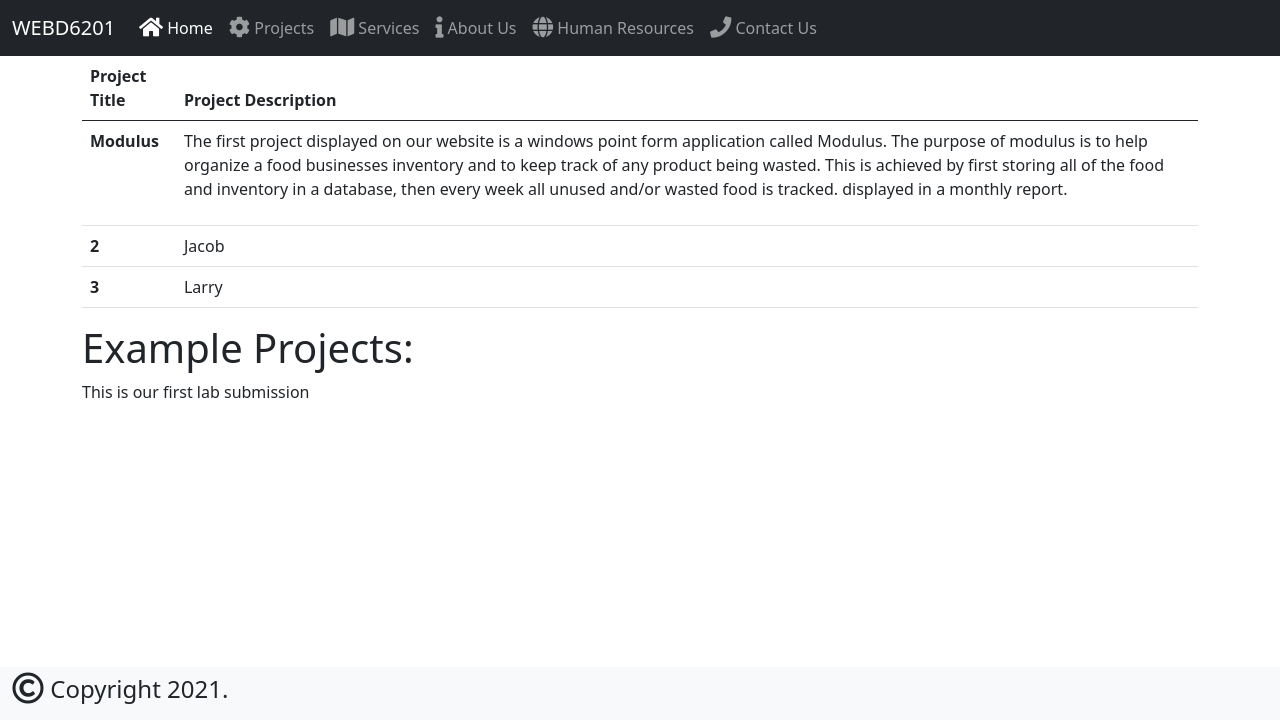
Repository: Sub4Sub/Lab_1
Page: products.html
An editor plug-in stored every save of this project. The page is shown before and after the next save, followed by the edit.
The browser window is 1280 px wide. The pictures show the whole page.

Above is the page before, as saved 2021-02-05 16:07:18.

### products.html
<!DOCTYPE html>
<html lang="en">
<head>
    <meta charset="UTF-8">
    <meta name="viewport" content="width=device-width, initial-scale=1.0">
    <title>Products</title>
    <!-- CSS Section -->
    <link rel="stylesheet" href="./node_modules/bootstrap/dist/css/bootstrap.min.css">
    <link rel="stylesheet" href="./node_modules/@fortawesome/fontawesome-free/css/all.min.css">
    <link rel="stylesheet" href="./Content/app.css">
</head>
<body>
    <!-- Main Header -->

    <!-- Main Content -->
    <main class="container">
      <table class="table">
        <thead>
          <tr>
            <th scope="col">Project Title</th>
            <th scope="col">Project Description</th>
          </tr>
        </thead>
        <tbody>
          <tr>
            <th scope="row">Modulus</th>
            <td>
              <p>
                The first project displayed on our website is a windows point form application called Modulus. The purpose of modulus is to
                help organize a food businesses inventory and to keep track of any product being wasted. This is achieved by first storing all of
                the food and inventory in a database, then every week all unused and/or wasted food is tracked. displayed in a monthly report.
              </p>
            </td>
          </tr>
          <tr>
            <th scope="row">2</th>
            <td>Jacob</td>
          </tr>
          <tr>
            <th scope="row">3</th>
            <td>Larry</td>
          </tr>
        </tbody>
      </table>
    </main>



    <!-- Script Section-->
    <script src="./node_modules/jquery/dist/jquery.min.js"></script>
    <script src="./node_modules/bootstrap/dist/js/bootstrap.bundle.min.js"></script>
    <script src="./Scripts/app.js"></script>
</body>
</html>

### Scripts/app.js
/*
* Name: Brett Tindall & Emeka Okoisama
* Student Id: 100708109 &
* Date Completed: 2021-02-05
*/

"use strict";

//IIFE - Immediately Invoked Function Expression
(function()
{

    /*
      Function that displays the home page's content
    */
    function displayHome()
    {
        let indexHeading = document.createElement("h1");

        indexHeading.setAttribute("id", "indexHeading");
        indexHeading.textContent = `Welcome to lab 1`;

        let mainContent = document.querySelector("main");
        mainContent.appendChild(indexHeading);

        let newDivTag = document.createElement("div");
        newDivTag.innerHTML =
        `<h4>By Brett Tindall and Emeka Okoisama</h4>
        <p id="paragraphThree"> This is our first lab submission </p>`;


        mainContent.append(newDivTag);


    }

    function displayProjects()
    {
        let projectHeading = document.createElement("h1");

        projectHeading.setAttribute("id", "projectHeading");
        projectHeading.textContent = `Example Projects:`;

        let mainContent = document.querySelector("main");
        mainContent.appendChild(projectHeading);

        let newDivTag = document.createElement("div");
        newDivTag.innerHTML =
        `<p id="paragraphThree"> This is our first lab submission </p>`;


        mainContent.append(newDivTag);


    }

    /*
      Function that displays the contact page's content
    */
    function displayContact()
    {
      let contactHeading = document.createElement("h1");

      contactHeading.setAttribute("id", "contactHeading");
      contactHeading.textContent = "Enter a Contact";

      let mainContent = document.querySelector("main");
      mainContent.appendChild(contactHeading);

      let newDivTag = document.createElement("div");
      newDivTag.innerHTML =
      `<div id="messageArea"></div>

      <div class="row justify-content-lg-center g-3">
        <form class="col-lg-6 col-md-10 col-sm-10">

          <div class="input-group mb-3">
            <span class="input-group-text" id="inputGroup-sizing-default">Full Name </span>
            <input id="fullName" type="text" class="form-control" aria-label="Full Name" aria-describedby="Full Name Input"
            name="fullName" required>
          </div>

          <div class="input-group mb-3">
            <span class="input-group-text" id="inputGroup-sizing-default">Contact Number</span>
            <input id="contactNumber" type="tel" class="form-control" aria-label="Contact Number" aria-describedby="Contact Number Input"
            name="contactNumber" required>
          </div>

          <div class="input-group mb-3">
            <span class="input-group-text" id="inputGroup-sizing-default">Email</span>
            <input id="emailAddress" type="email" class="form-control" aria-label="Email Address" aria-describedby="Email Address Input"
            name="emailAddress" required>
          </div>

          <button id="sendButton" type="submit" class="btn btn-primary"><i class="fas fa-envelope fa-lg"></i> Send</button>
          <button id="cancelButton" type="reset" class="btn btn-warning"><i class="fas fa-undo fa-lg"></i> Cancel</button>
        </form>
      </div>`;

      mainContent.append(newDivTag);


      let sendButton = document.getElementById("sendButton");

        sendButton.addEventListener("click", function(event){

          window.location.href = './index.html';

        });

    }

    /*
      Function that displays the fixed footer at the bottom of the page
    */
   function displayHeader()
   {
     let mainContent = document.querySelector("body");

     //let sendButton = document.getElementById("body");

     let newFooterTag = document.createElement("header");

     newFooterTag.innerHTML =
     `
     <header>
      <!-- Main Navigation -->
      <nav class="navbar navbar-expand-lg navbar-dark bg-dark">
          <div class="container-fluid">
            <a class="navbar-brand" href="index.html">WEBD6201</a>
            <button class="navbar-toggler" type="button" data-bs-toggle="collapse" data-bs-target="#navbarSupportedContent" aria-controls="navbarSupportedContent" aria-expanded="false" aria-label="Toggle navigation">
              <span class="navbar-toggler-icon"></span>
            </button>
            <div class="collapse navbar-collapse" id="navbarSupportedContent">
              <ul class="navbar-nav me-auto mb-2 mb-lg-0" id ="headerList">
                <li class="nav-item">
                  <a class="nav-link active" aria-current="page" href="index.html"><i class="fas fa-home fa-lg"></i> Home</a>
                </li>

                <li class="nav-item">
                  <a class="nav-link" id="productsLink" aria-current="page" href="products.html"><i class="fas fa-cog fa-lg"></i> Products</a>
                </li>

                <li class="nav-item">
                  <a class="nav-link" aria-current="page" href="services.html"><i class="fas fa-map fa-lg"></i> Services</a>
                </li>

                <li class="nav-item" id="aboutUsList">
                  <a class="nav-link" id="aboutUsLink" aria-current="page" href="about.html"><i class="fas fa-info fa-lg"></i> About Us</a>
                </li>

                <li class="nav-item">
                  <a class="nav-link" aria-current="page" href="contact.html"><i class="fas fa-phone fa-lg"></i> Contact Us</a>
                </li>
              </ul>
            </div>
          </div>
        </nav>
  </header>
     `

     mainContent.prepend(newFooterTag);

   }

    /*
      Function that displays the fixed footer at the bottom of the page
    */
    function displayFooter()
    {
      let mainContent = document.querySelector("main");

      let newFooterTag = document.createElement("footer");

      newFooterTag.innerHTML =
      `
      <footer>
        <nav class="navbar fixed-bottom navbar-light bg-light">
            <div class="container-fluid">
              <h4><i class="far fa-copyright fa-lg"></i> Copyright 2021.</h4>
            </div>
          </nav>
    </footer>
      `

      mainContent.append(newFooterTag);

    }

    /*
      Function that adds a button to the human resources page
    */
    function addHumanResourcesButton()
    {

      let aboutUsLink = document.getElementById("aboutUsList");

      let newListItem = document.createElement("li");

      newListItem.innerHTML =
      `
      <li class="nav-item">
        <a class="nav-link" id="HumanResourcesLink" aria-current="page" href="human-resources.html"><i class="fas fa-globe fa-lg"></i> Human Resources</a>
      </li>
      `

      aboutUsLink.after(newListItem);

    }

    /*
      Function that changes the products button's text to projects
    */
   function alterProductsButton()
   {

    let productsButton = document.getElementById("headerList").childNodes[3];

    //productsButton.textContent = "Projects";

    let newListItem = document.createElement("li");

    newListItem.innerHTML =
   `
   <li class="nav-item">
               <a class="nav-link" aria-current="page" href="products.html"><i class="fas fa-cog fa-lg"></i> Projects</a>
             </li>
   `

    productsButton.replaceChild(newListItem, productsButton.childNodes[1]);

   }

   /*
      Function that run when the page loads
    */
    function Start()
    {
        console.log("App Started...");

        displayHeader();

        alterProductsButton();

        addHumanResourcesButton();

        switch (document.title)
        {
          case "Home":
              displayHome();
            break;
          case "About":
              displayAbout();
            break;
          case "Products":
              displayProjects();
            break;
          case "Services":
              displayServices();
            break;
          case "Contact":
              displayContact();
            break;
        }

    }

    displayFooter();

    window.addEventListener("load", Start);

})();

Loaded but not shown: node_modules/bootstrap/dist/css/bootstrap.min.css (library); node_modules/@fortawesome/fontawesome-free/css/all.min.css (library); node_modules/jquery/dist/jquery.min.js (library); node_modules/bootstrap/dist/js/bootstrap.bundle.min.js (library); Content/app.css (no stored copy; drawn as an empty file)

After the next save:
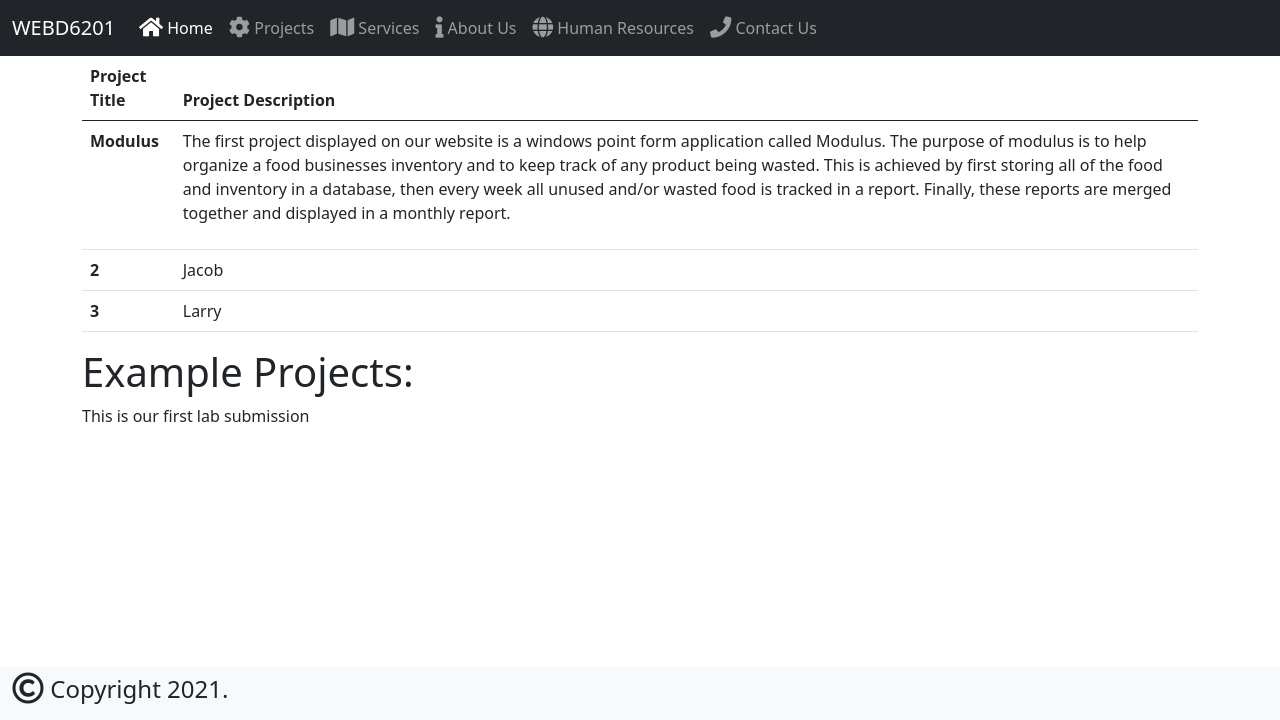
Saved 2 min 16 s later.
--- a/products.html
+++ b/products.html
@@ -28,7 +28,8 @@
               <p>
                 The first project displayed on our website is a windows point form application called Modulus. The purpose of modulus is to
                 help organize a food businesses inventory and to keep track of any product being wasted. This is achieved by first storing all of
-                the food and inventory in a database, then every week all unused and/or wasted food is tracked. displayed in a monthly report.
+                the food and inventory in a database, then every week all unused and/or wasted food is tracked in a report. Finally,
+                these reports are merged together and displayed in a monthly report.
               </p>
             </td>
           </tr>
